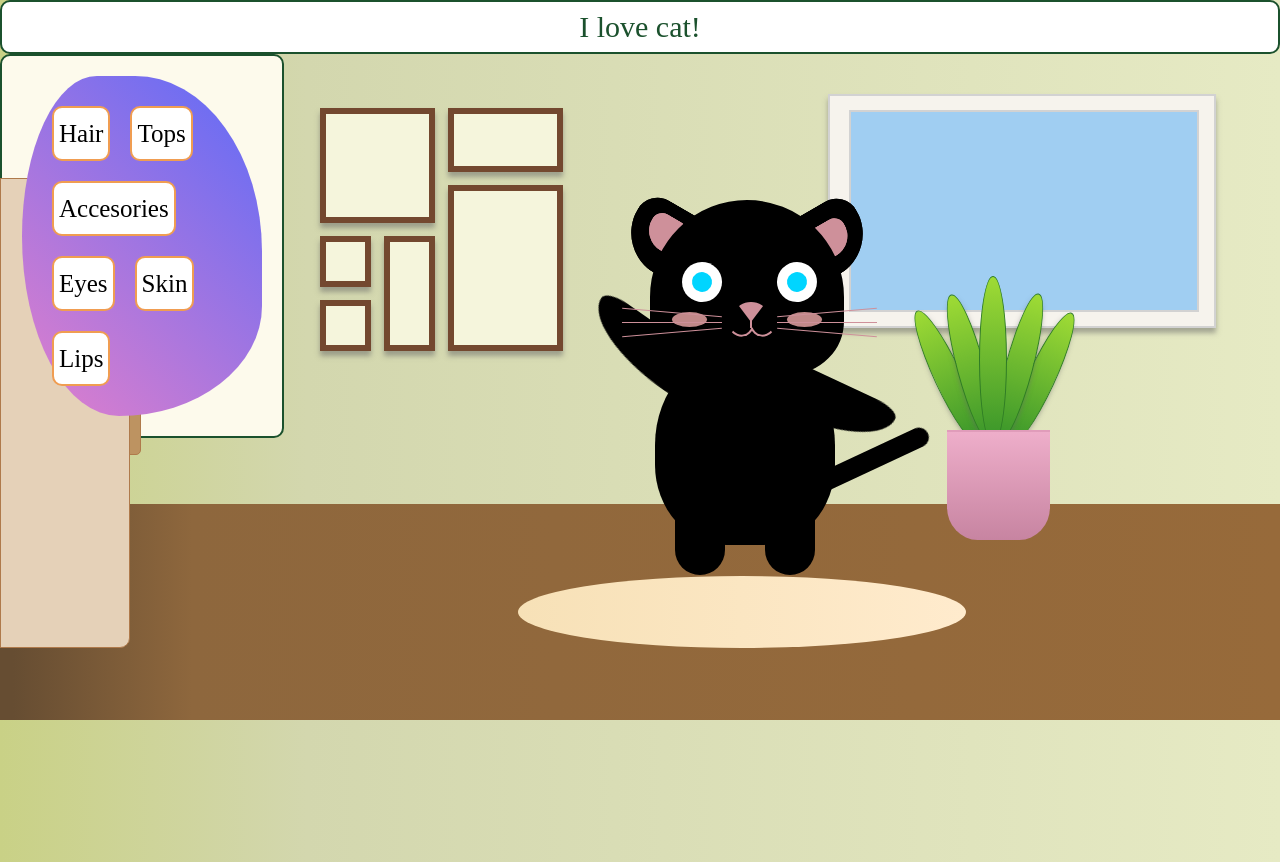
Repository: SandyLy453/COMP-2170-team-project
Page: index.html
These files come from the project's save history. The page is drawn as it stood at one moment and after the next save; the edit follows.
The browser window is 1280 px wide. The pictures show the whole page.

Above is the page before, as saved 2024-05-04 04:05:48.

### index.html
<!DOCTYPE html>
<html lang="en">
<head>
    <meta charset="UTF-8">
    <meta name="viewport" content="width=device-width, initial-scale=1.0">
    <title>Team Project: Doll Dress-Up Game</title>
    <link rel="stylesheet" href="styles.css" />
</head>
<body>
    <main class="main-area">
        <div class="background">
            <div class="floor"></div>
            <div class="closet">
                <div class="openner"></div>
            </div>
            <div class="carpet"></div>
            <div class="window">
                <div class="outside"></div>
            </div>
            <div class="plantPot">
                <div class="leaves">
                    <div class="plant"></div>
                    <div class="plant-left-one"></div>
                    <div class="plant-right-one"></div>
                    <div class="plant-left-two"></div>
                    <div class="plant-right-two"></div>
                </div>
                <div class="pot"></div>
            </div>
            <div class="picturesCombo">
                <div class="pictures-one">
                    <div class="pic-one"></div>
                </div>
                <div class="pictures-two">
                    <div class="pic-two"></div>
                </div>
                <div class="pictures-three">
                    <div class="pic-three"></div>
                </div>
                <div class="pictures-four">
                    <div class="pic-four"></div>
                </div>
                <div class="pictures-five">
                    <div class="pic-five"></div>
                </div>
                <div class="pictures-six">
                    <div class="pic-six"></div>
                </div>
            </div>
        </div>

        <div class="character">
            <div class="cat">
                <div class="cat-head">
                    <div class="ears">

                        <div class="left-ear">
                            <div class="left-inner-ear">
                            </div>
                        </div>

                        <div class="right-ear">
                            <div class="right-inner-ear">
                            </div>
                        </div>
                    </div>

                    <div class="cat-eyes">
                        <div class="left-eye">
                            <div class="left-inner-eye">
                            </div>
                        </div>
                        <div class="right-eye">
                            <div class="right-inner-eye">
                            </div>
                        </div>
                    </div>
                    <div class="blush">
                        <div class="left-blush"></div>
                        <div class="right-blush"></div>
                    </div>

                    <div class="cat-nose"></div>

                    <div class="cat-mouth">
                        <div class="middle-line"></div>
                        <div class="left-line"></div>
                        <div class="right-line"></div>
                    </div>

                    <div class="cat-whiskers-left">
                        <div class="whisker-left-top"></div>
                        <div class="whisker-left-middle"></div>
                        <div class="whisker-left-bottom"></div>
                    </div>
                    <div class="cat-whiskers-right">
                        <div class="whisker-right-top"></div>
                        <div class="whisker-right-middle"></div>
                        <div class="whisker-right-bottom"></div>
                    </div>
                </div>

                <div class="cat-body">
                    <div class="arm left-arm"></div>
                    <div class="arm right-arm"></div>
                    <div class="foot left-foot"></div>
                    <div class="foot right-foot"></div>
                    <div class="tail"></div>
                </div>
            </div>
        </div>
        <div class="heading">I love cat!</div>
    <div class="choose">
    <div class="shape">
        <button type="button" class="b" onclick="chngehair()">Hair</button>
        <button type="button" class="b" onclick="chngetop()">Tops</button>
        <button type="button" class="b" onclick="chngeacc()">Accesories</button>
        <button type="button" class="b" onclick="chngeeye()">Eyes</button>
        <button type="button" class="b" onclick="chngeskin()">Skin</button>
        <button type="button" class="b" onclick="chngelip()">Lips</button>
    </div>
    </div>
</div>
    </main>
    <script src="script.js"></script>
</body>
</html>

### styles.css
body {
    margin: 0;
    width: 100vw;
    height: 100vh;
    background: linear-gradient(90deg, rgba(201,209,134,1) 0%, rgba(211,215,174,1) 24%, rgba(230,234,196,1) 100%);
}

/* Background styling */

.background {
    z-index: -100;
    overflow:hidden;
}

.floor {
    position: absolute;
    bottom: 0;
    width: 100vw;
    height: 30vh;
    background: linear-gradient(90deg, rgba(102,77,50,1) 1%, rgb(142, 103, 61) 15%, rgba(151,106,58,1) 100%);
    z-index: -2;
}

.closet {
    position: absolute;
    bottom: 10vh;
    left: 0;
    width: 10vw;
    height: 65vh;
    background-color: rgb(229, 209, 184);
    border-radius: 0 10px 10px 0;
    border: 1px solid rgb(175, 122, 75);
}

.openner {
    position: relative;
    width: 0.75vw;
    height: 8vh;
    left: 10vw;
    bottom: -30vh;
    background-color: rgb(189, 147, 97);
    border: 1px solid rgb(175, 122, 75);
    border-radius: 0 5px 5px 0;
}

.carpet {
    width: 35vw;
    height: 10vh;
    border-radius: 50%;
    background: linear-gradient(90deg, rgba(247,225,183,1) 0%, rgba(255,235,205,1) 100%);
    position: absolute;
    bottom: 10vh;
    right: 24.5vw;
}

.window {
    width: 30vw;
    height: 32vh;
    background-color: rgb(246, 243, 237);
    position: absolute;
    right: 5vw;
    top: 13vh;
    border: 2px solid rgb(210, 210, 210);
    box-shadow: 0 5px 5px rgba(100, 100, 100, 0.5);
    z-index: -10;
}

.outside {
    width: 27vw;
    height: 27.5vh;
    background-color: rgb(160, 206, 242);
    position: relative;
    left: 1.5vw;
    top: 2vh;
    border: 2px solid rgb(210, 210, 210)
}

.plantPot {
    position: absolute;
    right: 18vw;
    bottom: 25vh;
}

.pot {
    width: 8vw;
    height: 15vh;
    background: linear-gradient(180deg, rgba(238,174,202,1) 0%, rgba(199,132,161,1) 100%);
    border-bottom-left-radius: 30%;
    border-bottom-right-radius: 30%;
    border-top: 2px solid rgb(224, 156, 186);
    z-index: 2;
}

.leaves {
    position: relative;
    top: 60vh;
    left: 0.5vw;
}

.plant {
    height: 23vh;
    width: 2vw;
    background: linear-gradient(0deg, rgba(55,148,42,1) 0%, rgba(159,219,53,1) 100%);
    z-index: -1;
    position: relative;
    top: 25vh;
    left: 2vw;
    border-radius: 100%;
    border: 1px solid rgb(47, 124, 37);
}

.plant-left-one {
    height: 21vh;
    width: 2vw;
    background: linear-gradient(0deg, rgba(55,148,42,1) 0%, rgba(159,219,53,1) 100%);
    z-index: -2;
    position: relative;
    top: 4vh;
    left: 0.25vw;
    border-radius: 100%;
    border: 1px solid rgb(47, 124, 37);
    transform: rotate(-15deg);
    box-shadow: 0 5px 5px rgba(100, 100, 100, 0.5);
}

.plant-right-one {
    height: 21vh;
    width: 2vw;
    background: linear-gradient(0deg, rgba(55,148,42,1) 0%, rgba(159,219,53,1) 100%);
    z-index: -3;
    position: relative;
    top: -17.5vh;
    left: 4vw;
    border-radius: 100%;
    border: 1px solid rgb(47, 124, 37);
    transform: rotate(15deg);
    box-shadow: 0 5px 5px rgba(100, 100, 100, 0.5);
}

.plant-left-two {
    height: 20vh;
    width: 2vw;
    background: linear-gradient(0deg, rgba(55,148,42,1) 0%, rgba(159,219,53,1) 100%);
    z-index: -4;
    position: relative;
    top: -37vh;
    left: -1.5vw;
    border-radius: 100%;
    border: 1px solid rgb(47, 124, 37);
    transform: rotate(-25deg);
    box-shadow: 0 5px 5px rgba(100, 100, 100, 0.5);
}

.plant-right-two {
    height: 20vh;
    width: 2vw;
    background: linear-gradient(0deg, rgba(55,148,42,1) 0%, rgba(159,219,53,1) 100%);
    z-index: -5;
    position: relative;
    top: -57vh;
    left: 5.75vw;
    border-radius: 100%;
    border: 1px solid rgb(47, 124, 37);
    transform: rotate(25deg);
    box-shadow: 0 5px 5px rgba(100, 100, 100, 0.5);
}

.picturesCombo {
    position: absolute;
    left: 25vw;
    top: 15vh;
    z-index: -10;
}

.pictures-one {
    position: relative;
    width: 9vw;
    height: 9vw;
    background-color: rgb(115, 72, 47);
    box-shadow: 0 5px 5px rgba(100, 100, 100, 0.5);
}

.pictures-two {
    position: relative;
    top: 1vw;
    width: 4vw;
    height: 4vw;
    background-color: rgb(115, 72, 47);
    box-shadow: 0 5px 5px rgba(100, 100, 100, 0.5);
}

.pictures-three {
    position: relative;
    top: 2vw;
    width: 4vw;
    height: 4vw;
    background-color: rgb(115, 72, 47);
    box-shadow: 0 5px 5px rgba(100, 100, 100, 0.5);
}

.pictures-four {
    position: relative;
    top: -7vw;
    left: 5vw;
    width: 4vw;
    height: 9vw;
    background-color: rgb(115, 72, 47);
    box-shadow: 0 5px 5px rgba(100, 100, 100, 0.5);
}

.pictures-five {
    position: relative;
    top: -26vw;
    left: 10vw;
    width: 9vw;
    height: 5vw;
    background-color: rgb(115, 72, 47);
    box-shadow: 0 5px 5px rgba(100, 100, 100, 0.5);
}

.pictures-six {
    position: relative;
    top: -25vw;
    left: 10vw;
    width: 9vw;
    height: 13vw;
    background-color: rgb(115, 72, 47);
    box-shadow: 0 5px 5px rgba(100, 100, 100, 0.5);
}

.pic-one {
    position: relative;
    width: 8vw;
    height: 8vw;
    background-color: beige;
    top: 0.5vw;
    left: 0.5vw;
}

.pic-two {
    position: relative;
    width: 3vw;
    height: 3vw;
    background-color: beige;
    top: 0.5vw;
    left: 0.5vw;
}

.pic-three {
    position: relative;
    width: 3vw;
    height: 3vw;
    background-color: beige;
    top: 0.5vw;
    left: 0.5vw;
}

.pic-four {
    position: relative;
    width: 3vw;
    height: 8vw;
    background-color: beige;
    top: 0.5vw;
    left: 0.5vw;
}

.pic-five {
    position: relative;
    width: 8vw;
    height: 4vw;
    background-color: beige;
    top: 0.5vw;
    left: 0.5vw;
}

.pic-six {
    position: relative;
    width: 8vw;
    height: 12vw;
    background-color: beige;
    top: 0.5vw;
    left: 0.5vw;
}



/* Cat styling */

.cat-head {
    position: absolute;
    right: 0;
    left: 650px;
    top: 200px;
    bottom: 0;
    background-color: black;
    width: 190px;
    height: 170px;
    border: 2px solid black;
    border-radius: 100px 100px 55px 55px;
}

.left-ear {
    position: absolute;
    z-index: -1;
    top: 0;
    left: -25px;
    border-top-left-radius: 80px;
    border-top-right-radius: 40px;
    transform: rotate(-60deg);
    border-left: 35px solid black;
    border-right: 35px solid black;
    border-bottom: 70px solid black;
}

.right-ear {
    position: absolute;
    z-index: -1;
    top: 1px;
    left: 145px;
    border-top-left-radius: 40px;
    border-top-right-radius: 80px;
    transform: rotate(60deg);
    border-left: 35px solid black;
    border-right: 35px solid black;
    border-bottom: 70px solid black;
}

.left-inner-ear {
    position: absolute;
    top: 0;
    left: -30px;
    transform: scale(0.5);
    border-top-left-radius: 80px;
    border-top-right-radius: 40px;
    border-bottom-right-radius: 40%;
    border-bottom-left-radius: 40%;
    border-left: 35px solid rgb(206, 144, 154);
    border-right: 35px solid rgb(206, 144, 154);
    border-bottom: 70px solid rgb(206, 144, 154);
}

.right-inner-ear {
    position: absolute;
    top: 0px;
    left: -35px;
    transform: scale(0.5);
    border-top-left-radius: 40px;
    border-top-right-radius: 80px;
    border-bottom-right-radius: 40%;
    border-bottom-left-radius: 40%;
    border-left: 35px solid rgb(206, 144, 154);
    border-right: 35px solid rgb(206, 144, 154);
    border-bottom: 70px solid rgb(206, 144, 154);
}

.left-eye {
    position: absolute;
    top: 60px;
    left: 30px;
    border-radius: 60%;
    transform: rotate(10deg);
    width: 40px;
    height: 40px;
    background-color: white;
}

.right-eye {
    position: absolute;
    top: 60px;
    left: 125px;
    border-radius: 60%;
    transform: rotate(-10deg);
    width: 40px;
    height: 40px;
    background-color: white;
}

.left-inner-eye {
    position: absolute;
    top: 0px;
    left: 0px;
    border-radius: 60%;
    transform: scale(0.5);
    width: 40px;
    height: 40px;
    background-color: rgb(0, 213, 255);
}

.right-inner-eye {
    position: absolute;
    top: 0px;
    left: 0px;
    border-radius: 60%;
    transform: scale(0.5);
    width: 40px;
    height: 40px;
    background-color: rgb(0, 213, 255);
}

.cat-nose {
    position: absolute;
    top: 100px;
    left: 84px;
    border-top-left-radius: 50%;
    border-top-right-radius: 50%;
    border-bottom-right-radius: 50%;
    border-bottom-left-radius: 50%;
    transform: rotate(180deg);
    border-left: 15px solid transparent;
    border-right: 15px solid transparent;
    border-bottom: 20px solid rgb(206, 144, 154);
}

/* .blush {
    width: 35px;
    height: 35px;
    background-color: rgb(206, 144, 154);
    border-radius: 100px;
} */

.left-blush {
    position: absolute;
    width: 35px;
    height: 15px;
    background-color: #e1a0a0db;
    border-radius: 50%;
    top: 110px;
    left: 20px;
}

.right-blush {
    position: absolute;
    width: 35px;
    height: 15px;
    background-color: #e1a0a0db;
    border-radius: 50%;
    top: 110px;
    left: 135px;
}

.left-line {
    position: absolute;
    top: 81px;
    left: 69.5px;
    width: 30px;
    height: 50px;
    border: 2px solid rgb(206, 144, 154);
    border-radius: 80%;
    transform: rotate(170deg);
    border-color: rgb(206, 144, 154) transparent transparent transparent;
}

.middle-line {
    position: absolute;
    top: 120px;
    left: 94px;
    width: 10px;
    height: 2px;
    background-color: rgb(206, 144, 154);
    transform: rotate(90deg);
}

.right-line {
    position: absolute;
    top: 81px;
    left: 95.5px;
    width: 30px;
    height: 50px;
    border: 2px solid rgb(206, 144, 154);
    border-radius: 80%;
    transform: rotate(190deg);
    border-color: rgb(206, 144, 154) transparent transparent transparent;
}

.whisker-left-top {
    position: absolute;
    top: 110px;
    left: -30px;
    transform: rotate(5deg);
    width: 100px;
    height: 1px;
    background-color: rgb(206, 144, 154);
}

.whisker-left-middle {
    position: absolute;
    top: 120px;
    left: -30px;
    transform: rotate(0deg);
    width: 100px;
    height: 1px;
    background-color: rgb(206, 144, 154);
}

.whisker-left-bottom {
    position: absolute;
    top: 130px;
    left: -30px;
    transform: rotate(-5deg);
    width: 100px;
    height: 1px;
    background-color: rgb(206, 144, 154);
}

.whisker-right-top {
    position: absolute;
    top: 110px;
    left: 125px;
    transform: rotate(-5deg);
    width: 100px;
    height: 1px;
    background-color: rgb(206, 144, 154);
}

.whisker-right-middle {
    position: absolute;
    top: 120px;
    left: 125px;
    transform: rotate(0deg);
    width: 100px;
    height: 1px;
    background-color: rgb(206, 144, 154);
}

.whisker-right-bottom {
    position: absolute;
    top: 130px;
    left: 125px;
    transform: rotate(5deg);
    width: 100px;
    height: 1px;
    background-color: rgb(206, 144, 154);
}

.cat-body {
    position: absolute;
    width: 180px;
    height: 200px;
    border-left: 80px;
    border-right: 80px;
    top: 345px;
    left: 655px;
    background-color: black;
    border-top-left-radius: 100%;
    border-top-right-radius: 100%;
    border-bottom-left-radius: 80%;
    border-bottom-right-radius: 80%;
}

.arm {
    width: 50px;
    height: 130px;
    background-color: black;
    border-radius: 30% 30% 30% 120%;
    z-index: -2;
}

.left-arm {
    position: absolute;
    top: 60px;
    left: 30px;
    transform-origin: top left;
    transform: rotate(110deg) scaleX(-1);
    animation: 8s linear infinite wave;
}

.right-arm {
    position: absolute;
    top: -5px;
    left: 150px;
    transform: rotate(-65deg);
}

.foot {
    background-color: black;
    height: 80px;
    width: 50px;
    border-left: 100px;
    border-right: 100px;
    border-radius: 0 0 50px 50px;
}

.left-foot {
    position: absolute;
    top: 150px;
    left: 20px;
}

.right-foot {
    position: absolute;
    top: 150px;
    left: 110px;
}

.tail {
    position: absolute;
    width: 150px;
    height: 20px;
    border-radius: 0 20px 20px 0;
    background-color: black;
    top: 110px;
    left: 130px;
    transform: rotate(-25deg);
    animation: 5s linear infinite move;
}

@keyframes wave {
    10%, 30%, 50%, 70%, 90% {
      transform: rotate(110deg) scaleX(-1);
    }
    0%, 20%, 40%, 60%, 80%, 100% {
      transform: rotate(130deg) scaleX(-1);
    }
  }

@keyframes move {
    0%, 100% {
        transform: rotate(-25deg);
    }
    50% {
        transform: rotate(-35deg);
    }
}

/*Menu bar*/

.heading{
    background-color:white;
    padding:8px;
    border:2px solid #1B512D;
    border-radius: 10px;
    color:#1B512D;
    text-align: center;
    position: relative;
    bottom:0;
    font-family: 'Cinzel Decorative', cursive;
    font-size:30px;
}

.choose{
    background-color: #FDFAEC;
    padding: 20px;
    text-align: center;
    display:flex;
    flex-wrap: wrap;
    width:15rem;
    border:2px solid #1B512D;
    border-radius: 10px;
}

.shape {
 	background: linear-gradient(45deg, #88D5BF 0%, #5D6BF8 100%);
  animation: morph 8s ease-in-out infinite;
  border-radius: 60% 40% 30% 70% / 60% 30% 70% 40%;
  height: 300px;
  transition: all 1s ease-in-out;
  width: 300px;
  z-index: 5;
  padding: 20px;
  text-align: center;
  display:flex;
  flex-wrap: wrap;
}

@keyframes morph {
  0% {
			border-radius:  60% 40% 30% 70% / 60% 30% 70% 40%;
			background: linear-gradient(45deg, #88D5BF 0%,#5D6BF8 100%);
	}

	50% {
			border-radius:  30% 60% 70% 40% / 50% 60% 30% 60%;
			background: linear-gradient(45deg, #e27fcb 0%, #5D6BF8 100%);
	}

	100% {
		border-radius:  60% 40% 30% 70% / 60% 30% 70% 40%;
		background: linear-gradient(45deg, #88D5BF 0%, #5D6BF8 100%);
	}
}


.b{
    background-color: white;
    border:2px solid #F09D51;
    border-radius: 10px;
    color:#000000;
    padding: 5px;
    font-size: 25px;
    margin: 10px;
    font-family: 'Courgette', cursive;;

}

### script.js
const shirts = ["shirt1","shirt2","shirt3","shirt4", "shirt5"]

const bottoms = ["bottom1","bottom2","bottom3","bottom4", "bottom5"]

const accessories = ["acc1","acc2","acc3","acc4", "acc5"]

After the next save:
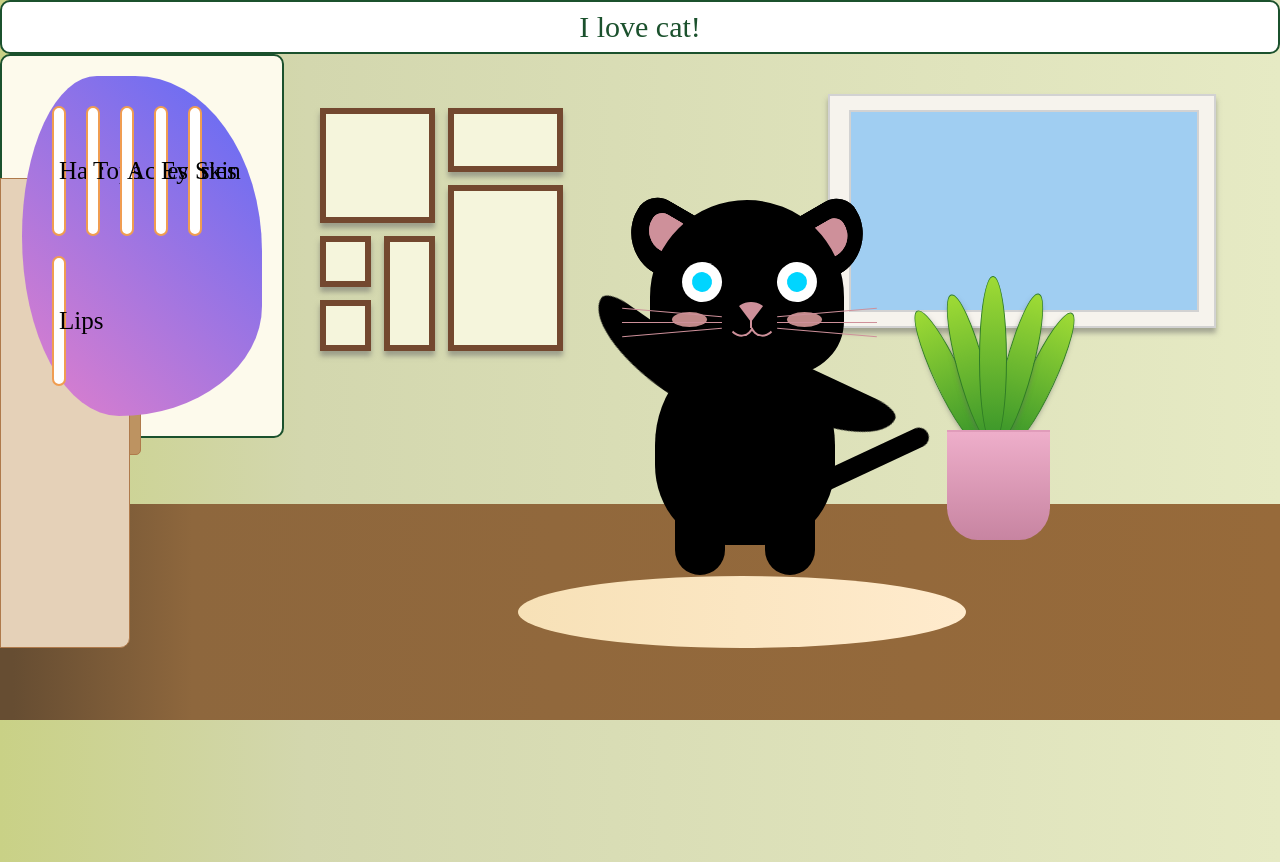
Saved 24 s later.
--- a/styles.css
+++ b/styles.css
@@ -689,5 +689,6 @@ body {
     font-size: 25px;
     margin: 10px;
     font-family: 'Courgette', cursive;;
-
-}
+    width:10px;
+
+}
